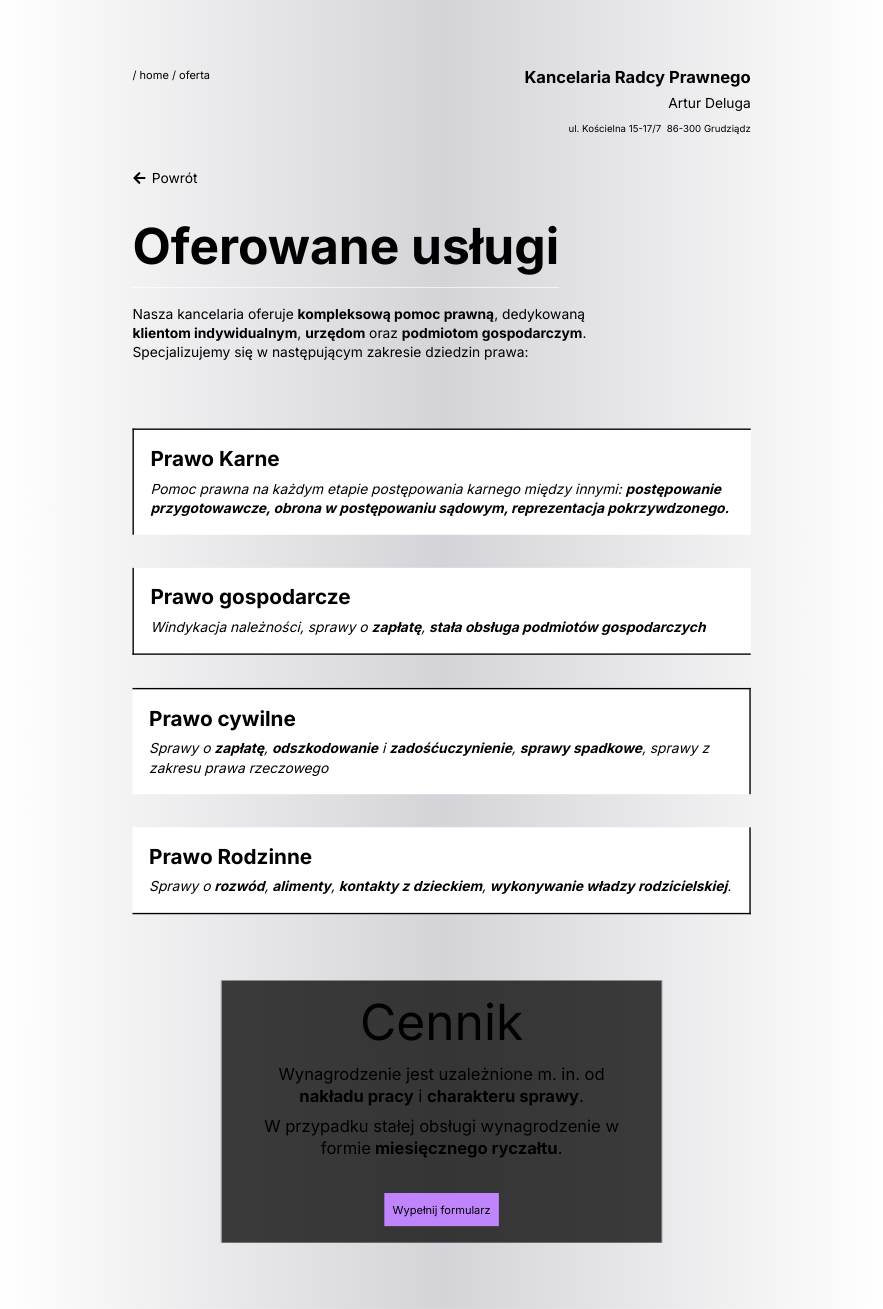
Repository: wesiudev/kancelaria-artur-deluga
Page: /oferta
These files come from the project's save history. The page is drawn as it stood at one moment and after the next save; the edit follows.
The browser window is 1280 px wide. The pictures show the whole page, at 69% of full size.
The project was rebuilt for these pictures with package versions that can differ from the ones it lists, and the page was loaded fresh each time. The framework's server and built-in components were replaced by stand-ins that run in the browser. Also part of the build but not shown: next.config.js.

Above is the page before, as saved 2023-08-09 16:30:19.

### app/layout.tsx
import "./globals.css";
import type { Metadata } from "next";
import { Inter } from "next/font/google";

const inter = Inter({ subsets: ["latin"] });

export const metadata: Metadata = {
  title: "Kancelaria Radcy Prawnego Artur Deluga",
  description:
    "Kancelaria Radcy Prawnego Grudziądz Prawo Karne, Pracwo cywilne, Prawo gospodarcze, Prawo Rodzinne. ul. Kościelna 15-17/7 86-300 Grudziądz. Pomoc prawna na każdym etapie postępowania karnego (postępowanie przygotowawcze, obrona w postępowaniu sądowym, reprezentacja pokrzywdzonego, etc.)",
  viewport: "width=device-width, initial-scale=1",
  icons: {
    icon: "/favicon.png",
  },
};

export default function RootLayout({
  children,
}: {
  children: React.ReactNode;
}) {
  return (
    <html lang="pl" className="scroll-smooth ">
      <body className={inter.className}>{children}</body>
    </html>
  );
}

### app/oferta/page.tsx
"use client";
import Image from "next/image";
import paragraphImage from "@/app/assets/paragraph.png";
import Link from "next/link";
import { FaArrowLeft } from "react-icons/fa";
import { useState } from "react";
const sendContactForm = async (data: any) =>
  fetch("/api/mail", {
    method: "POST",
    body: JSON.stringify(data),
    headers: { "Content-Type": "application/json", Accept: "application/json" },
  }).then((res) => {
    if (!res.ok) throw new Error("Failed to send message");
    return res.json();
  });

export default function OfferMobile() {
  const [isContactOpen, setContactOpen] = useState(false);
  const [firstName, setFirstName] = useState<string>("");
  const [email, setEmail] = useState<string>("");
  const [message, setMessage] = useState<string>("");

  const onSubmit = async () => {
    try {
      await sendContactForm({
        firstName: firstName,
        email: email,
        message: message,
      });
    } catch (error) {}
  };
  return (
    <div className="w-full mx-auto z-[2000] bg-gradient-to-r from-white via-zinc-300 to-white overflow-x-hidden text-black">
      <div className="flex flex-col space-x-[100px] min-h-screen items-center py-24">
        <div className="flex flex-col w-[85vw] lg:w-[70vw] 2xl:w-[60vw] min-h-screen justify-center ">
          <Image
            src={paragraphImage}
            alt="Paragraf obrazek w tle"
            width={224}
            height={224}
            className="fixed opacity-10 -left-24 "
          />
          <Image
            src={paragraphImage}
            alt="Paragraf obrazek w tle"
            width={224}
            height={224}
            className="fixed opacity-10 -right-24 rotate-180"
          />
          <div className="flex flex-col justify-between w-full">
            <div className="flex flex-row justify-between">
              <div className="w-1/2">
                <h1 className="mb-12">
                  {" / "}
                  <Link
                    className="hover:underline hover:underline-offset-4"
                    href="/"
                  >
                    home
                  </Link>
                  {" / "}
                  <Link
                    className="hover:underline hover:underline-offset-4"
                    href="/oferta"
                  >
                    oferta
                  </Link>
                </h1>
              </div>
              <div>
                <h1 className="text-xl lg:text-2xl text-right sm:text-left font-bold">
                  Kancelaria Radcy Prawnego
                </h1>
                <div className="w-full flex justify-end">
                  <h2 className="text-xl mb-12 lg:mb-0 mt-2">Artur Deluga</h2>
                </div>
                <div
                  className={` flex-row space-x-2 text-sm justify-end mt-3 mb-12 hidden lg:flex`}
                >
                  <div>ul. Kościelna 15-17/7</div>
                  <div>86-300 Grudziądz</div>
                </div>
              </div>
            </div>
            <Link
              className="group flex flex-row items-center mb-12 text-xl w-max"
              href="/"
            >
              <FaArrowLeft className="mr-2" />
              <span className="hover:underline hover:underline-offset-4">
                {" "}
                Powrót
              </span>
            </Link>
            <div className="w-max">
              <h1 className="w-max text-4xl md:text-5xl lg:text-7xl  font-bold">
                Oferowane usługi
              </h1>
              <div className="h-px w-full my-6 bg-white" />
            </div>
          </div>
          <h2 className="text-left text-xl w-full lg:w-3/4 ">
            Nasza kancelaria oferuje{" "}
            <span className="font-bold"> kompleksową pomoc prawną</span>,
            dedykowaną <span className="font-bold">klientom indywidualnym</span>
            , <span className="font-bold">urzędom</span> oraz{" "}
            <span className="font-bold">podmiotom gospodarczym</span>.
            Specjalizujemy się w następującym zakresie dziedzin prawa:
          </h2>
          <div className="relative text-black flex flex-col space-y-12 mt-24">
            <div className="max-h-[50vh] border-0 hover:scale-105 duration-300 hover:bg-opacity-100 cursor-default  md:border-l-2 md:border-t-2 border-black bg-white  flex flex-col p-6 justify-between">
              <h1 className="text-xl lg:text-3xl font-bold">Prawo Karne</h1>
              <p className="text-sm sm:text-xl mt-3 italic">
                Pomoc prawna na każdym etapie postępowania karnego między
                innymi:{" "}
                <span className="font-bold">
                  postępowanie przygotowawcze, obrona w postępowaniu sądowym,
                  reprezentacja pokrzywdzonego.
                </span>
              </p>
            </div>
            <div className="max-h-[50vh] border-0 hover:scale-105 duration-300 hover:bg-opacity-100 cursor-default  md:border-l-2 md:border-b-2 border-black bg-white  flex flex-col justify-between p-6">
              <h1 className="text-xl lg:text-3xl font-bold">
                Prawo gospodarcze
              </h1>
              <p className="text-sm sm:text-xl mt-3 italic">
                Windykacja należności, sprawy o{" "}
                <span className="font-bold">zapłatę</span>,{" "}
                <span className="font-bold">
                  stała obsługa podmiotów gospodarczych
                </span>
              </p>
            </div>

            <div className="max-h-[50vh] border-0 hover:scale-105 duration-300 hover:bg-opacity-100 cursor-default  md:border-t-2 md:border-r-2 border-black bg-white  flex flex-col p-6 justify-between">
              <h1 className="text-xl lg:text-3xl font-bold">Prawo cywilne</h1>
              <p className="text-sm sm:text-xl mt-3 italic">
                Sprawy o <span className="font-bold">zapłatę</span>,{" "}
                <span className="font-bold">odszkodowanie</span> i{" "}
                <span className="font-bold">zadośćuczynienie</span>,{" "}
                <span className="font-bold">sprawy spadkowe</span>, sprawy z
                zakresu prawa rzeczowego
              </p>
            </div>
            <div className="max-h-[50vh] border-0 hover:scale-105 duration-300 hover:bg-opacity-100 cursor-default  md:border-r-2 md:border-b-2 border-black bg-white  flex flex-col p-6 justify-between">
              <h1 className="text-xl lg:text-3xl font-bold">Prawo Rodzinne</h1>
              <p className="text-sm sm:text-xl mt-3 italic">
                Sprawy o <span className="font-bold">rozwód</span>,{" "}
                <span className="font-bold">alimenty</span>,{" "}
                <span className="font-bold">kontakty z dzieckiem</span>,{" "}
                <span className="font-bold">
                  wykonywanie władzy rodzicielskiej
                </span>
                .
              </p>
            </div>
          </div>
          <div className="flex flex-col h-max my-auto px-3 lg:px-12 border-l border-r border-white  text-center relative w-[85vw] mt-12 lg:w-[50vw] lg:mx-auto lg:mt-24 lg:bg-black lg:bg-opacity-75 lg:py-6">
            <h1 className="text-5xl lg:text-7xl ">Cennik</h1>
            <p className="mt-6 text-base lg:text-2xl">
              Wynagrodzenie jest uzależnione m. in. od{" "}
              <span className="font-bold"> nakładu pracy</span> i{" "}
              <span className="font-bold">charakteru sprawy</span>.
            </p>
            <p className="mt-3 text-sm lg:text-2xl">
              W przypadku stałej obsługi wynagrodzenie w formie
              <span className="font-bold"> miesięcznego ryczałtu</span>.
            </p>
            <button
              onClick={() => setContactOpen(true)}
              className=" p-3 bg-purple-400 hover:bg-purple-300 duration-300 text-black mt-12 w-max mx-auto"
            >
              Wypełnij formularz
            </button>
          </div>
          <div
            className={` flex-row space-x-2 text-sm justify-center mt-12 flex lg:hidden z-[1000]`}
          >
            <div>ul. Kościelna 15-17/7</div>
            <div>86-300 Grudziądz</div>
          </div>
        </div>
      </div>
      <div
        className={`w-[80vw] fixed left-[50%] -translate-x-[50%] top-[50%] -translate-y-[50%] bg-gradient-to-bl from-black to-zinc-800 lg:w-max h-max px-12 rounded-3xl py-6 duration-300 ${
          isContactOpen ? "z-[2000] opacity-100" : "z-[-1000] opacity-0"
        }`}
      >
        <h1 className="text-3xl text-center">Kontakt</h1>

        <div className="flex flex-col space-y-3 mt-6 lg:mt-12">
          <div className="flex flex-col lg:flex-row lg:space-x-3">
            <div className="flex flex-col">
              Imię{" "}
              <input
                onChange={(e) => setFirstName(e.target.value)}
                value={firstName}
                id="fName"
                type="text"
                className="mt-2 text-black"
              />
            </div>
            <div className="flex flex-col mt-3 lg:mt-0">
              Email{" "}
              <input
                onChange={(e) => setEmail(e.target.value)}
                value={email}
                type="text"
                className="mt-2 text-black"
              />
            </div>
          </div>
          <div className="flex flex-col mt-2">
            Treść{" "}
            <textarea
              onChange={(e) => setMessage(e.target.value)}
              value={message}
              className="h-full resize-none text-black"
            ></textarea>
          </div>
        </div>
        <div className="w-full flex space-x-3">
          <button
            onClick={() => setContactOpen(false)}
            className="w-1/2 hover:underline py-2 mt-8"
          >
            Powrót
          </button>
          <button
            onClick={onSubmit}
            className="w-1/2 bg-purple-400 hover:bg-purple-300 duration-300 py-2 mt-8"
          >
            Wyślij
          </button>
        </div>
      </div>
    </div>
  );
}

### app/globals.css
@tailwind base;
@tailwind components;
@tailwind utilities;

:root {
  --foreground-rgb: 0, 0, 0;
  --background-start-rgb: 214, 219, 220;
  --background-end-rgb: 255, 255, 255;
}

@media (prefers-color-scheme: dark) {
  :root {
    --foreground-rgb: 255, 255, 255;
    --background-start-rgb: 0, 0, 0;
    --background-end-rgb: 0, 0, 0;
  }
}

body {
  color: rgb(var(--foreground-rgb));
  background: linear-gradient(
      to bottom,
      transparent,
      rgb(var(--background-end-rgb))
    )
    rgb(var(--background-start-rgb));
}

.expand {
  position: relative;
  text-decoration: none;
  display: inline-block;
}
.expand:after {
  display: block;
  content: "";
  border-bottom: solid 3px white;
  transform: scaleX(0);
  transition: transform 250ms ease-in-out;
  transform-origin: 100% 50%;
}
.expand:hover:after {
  transform: scaleX(1);
  transform-origin: 0 50%;
}

.caps {
  font-variant: small-caps;
}
html {
  scroll-behavior: smooth;
  color: #1a1a1a;
}

Loaded but not shown: tailwind.config.js (common file)

After the next save:
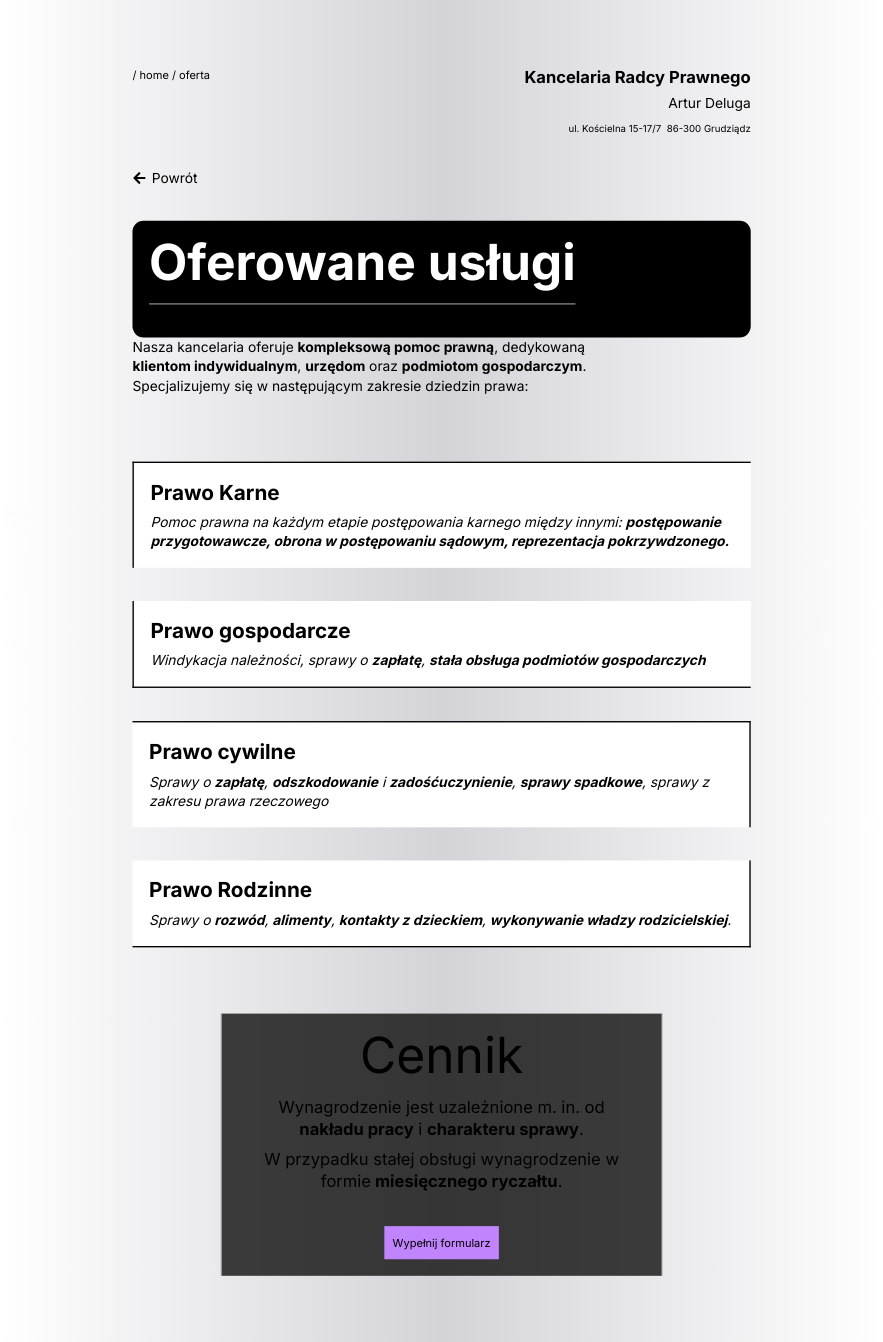
Saved 40 s later.
--- a/app/oferta/page.tsx
+++ b/app/oferta/page.tsx
@@ -92,21 +92,24 @@ export default function OfferMobile() {
                 Powrót
               </span>
             </Link>
-            <div className="w-max">
-              <h1 className="w-max text-4xl md:text-5xl lg:text-7xl  font-bold">
-                Oferowane usługi
-              </h1>
-              <div className="h-px w-full my-6 bg-white" />
-            </div>
-          </div>
-          <h2 className="text-left text-xl w-full lg:w-3/4 ">
-            Nasza kancelaria oferuje{" "}
-            <span className="font-bold"> kompleksową pomoc prawną</span>,
-            dedykowaną <span className="font-bold">klientom indywidualnym</span>
-            , <span className="font-bold">urzędom</span> oraz{" "}
-            <span className="font-bold">podmiotom gospodarczym</span>.
-            Specjalizujemy się w następującym zakresie dziedzin prawa:
-          </h2>
+            <div className="p-6 rounded-2xl bg-black text-white">
+              <div className="w-max">
+                <h1 className="w-max text-4xl md:text-5xl lg:text-7xl  font-bold">
+                  Oferowane usługi
+                </h1>
+                <div className="h-px w-full my-6 bg-white" />
+              </div>
+            </div>
+            <h2 className="text-left text-xl w-full lg:w-3/4 ">
+              Nasza kancelaria oferuje{" "}
+              <span className="font-bold"> kompleksową pomoc prawną</span>,
+              dedykowaną{" "}
+              <span className="font-bold">klientom indywidualnym</span>,{" "}
+              <span className="font-bold">urzędom</span> oraz{" "}
+              <span className="font-bold">podmiotom gospodarczym</span>.
+              Specjalizujemy się w następującym zakresie dziedzin prawa:
+            </h2>
+          </div>
           <div className="relative text-black flex flex-col space-y-12 mt-24">
             <div className="max-h-[50vh] border-0 hover:scale-105 duration-300 hover:bg-opacity-100 cursor-default  md:border-l-2 md:border-t-2 border-black bg-white  flex flex-col p-6 justify-between">
               <h1 className="text-xl lg:text-3xl font-bold">Prawo Karne</h1>
